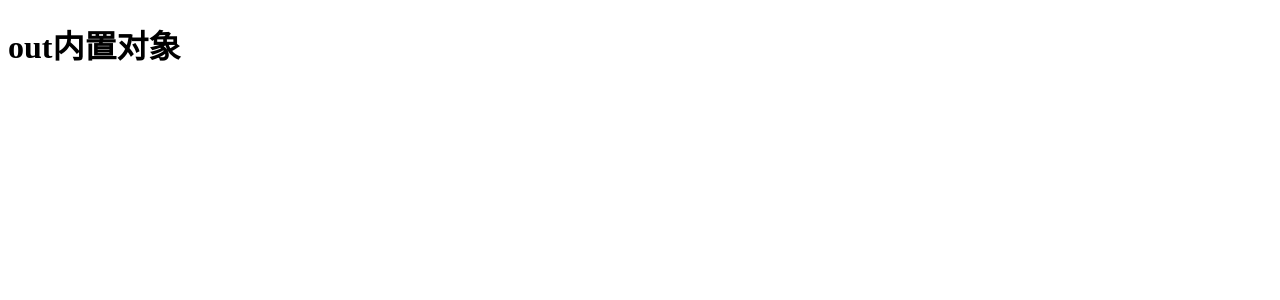
Repository: Zendq1998/jdbc
Page: http://localhost/webroot/out.jsp
These files come from the project's save history. The page is drawn as it stood at one moment and after a run of saves; the edit follows.
The browser window is 1280 px wide. The pictures show the whole page.
The page is served by Tomcat 9. Nobody is signed in. The application's start-up code is not run.

Above is the page before, as saved 2018-04-19 15:36:57.

After the next 2 saves:
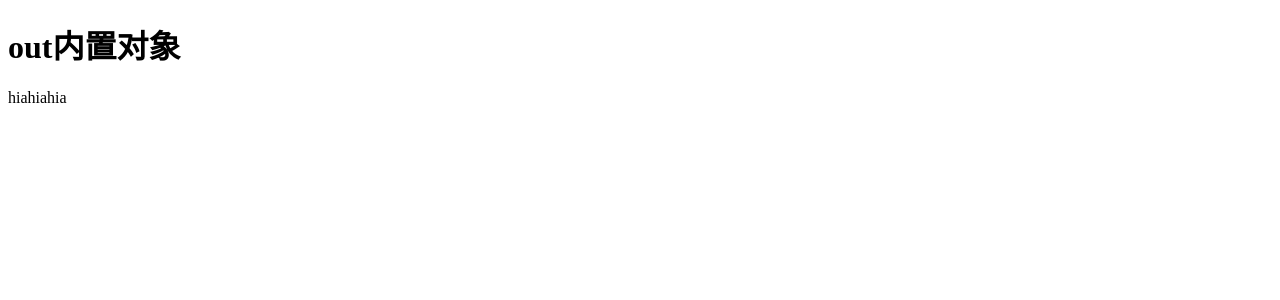
The 2 saves are shown as one change because 1 did not build or start.
The last was saved 57 s later.
--- a/webroot/WebContent/out.jsp
+++ b/webroot/WebContent/out.jsp
@@ -8,5 +8,8 @@
 </head>
 <body>
 	<h1>out内置对象</h1>
+	<%
+		out.println("hiahiahia");
+	%>
 </body>
 </html>
